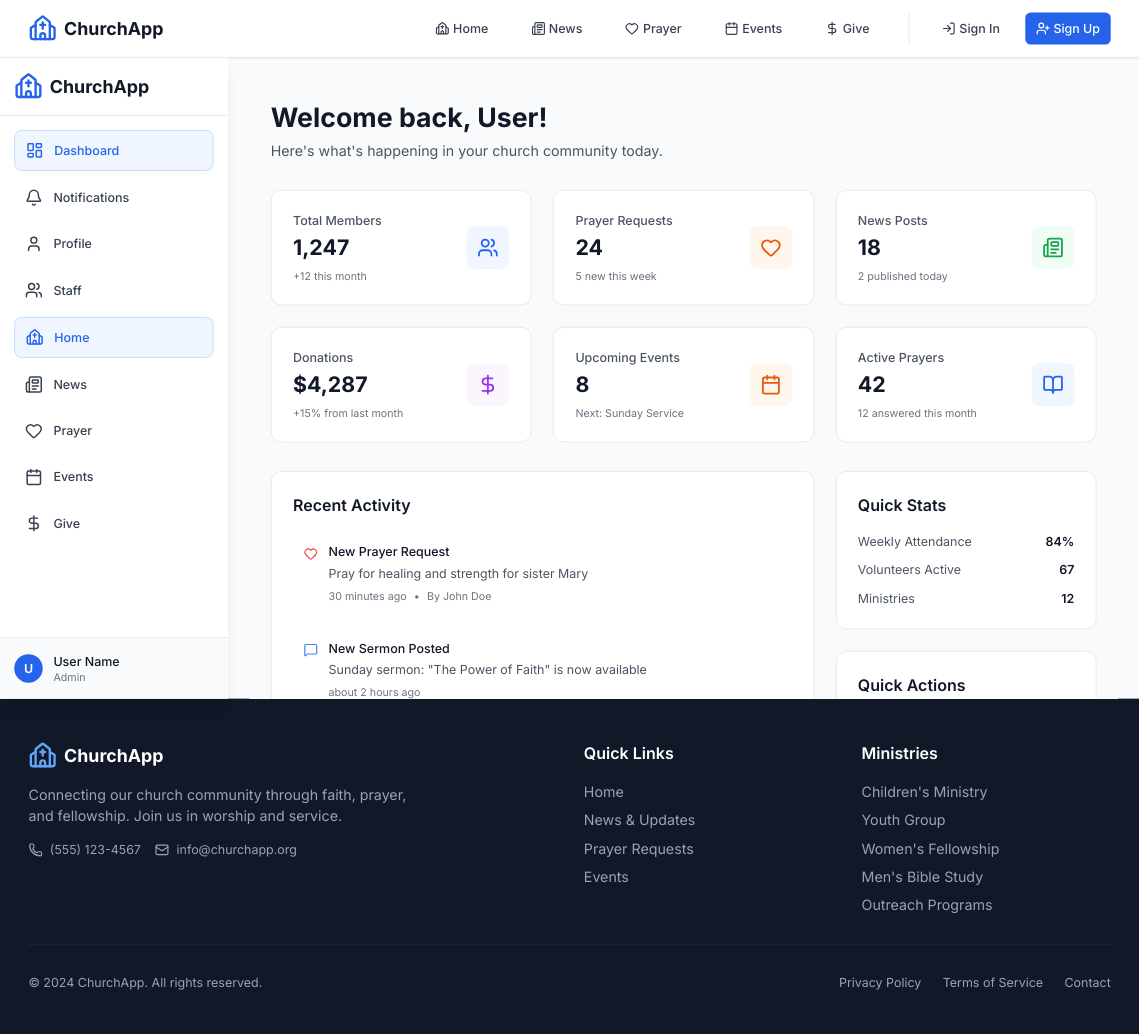
Repository: shalomspage/church-frontend
Page: /dashboard
The author's editor kept a copy of each file at every save. The page is drawn from the files as they stood at one save, then again after the next save.
The browser window is 1280 px wide. The pictures show the whole page, at 89% of full size.
The page's requests for data from a server got no answer. An inner scrolling area shows only its first screen. The project was rebuilt for these pictures with package versions that can differ from the ones it lists, and the page was loaded fresh each time. The framework's server and built-in components were replaced by stand-ins that run in the browser. No one was signed in, and anything a server would have sent is missing. Also part of the build but not shown: next.config.js, next.config.ts.

Above is the page before, as saved 2025-10-11 17:38:30.

### src/app/layout.tsx
import type { Metadata } from 'next'
import { Inter } from 'next/font/google'
import './globals.css'
import { ReduxProvider } from '@/redux/provider'

import Footer from '@/components/common/Footer'
import Navbar from '@/components/common/Navbar'

const inter = Inter({ subsets: ['latin'] })

export const metadata: Metadata = {
  title: 'Church Management System',
  description: 'Church workers and member management system',
}

export default function RootLayout({
  children,
}: {
  children: React.ReactNode
}) {
  return (
    <html lang="en">
      <body className={inter.className}>
        <ReduxProvider>
          <div className="min-h-screen flex flex-col">
            <Navbar />
            <main className="flex-1">
              {children}
            </main>
            <Footer />
          </div>
        </ReduxProvider>
      </body>
    </html>
  )
}

### src/app/dashboard/layout.tsx
'use client'

import { useState } from 'react'
import DashboardSidebar from '@/components/dashboard/DashboardSidebar'

interface DashboardLayoutProps {
  children: React.ReactNode
}

export default function DashboardLayout({ children }: DashboardLayoutProps) {
  const [sidebarOpen, setSidebarOpen] = useState(false)

  return (
    <div className="flex h-screen bg-gray-50">
      {/* Sidebar */}
      <DashboardSidebar
        isOpen={sidebarOpen}
        onClose={() => setSidebarOpen(false)}
      />

      {/* Main Content */}
      <div className="flex-1 flex flex-col overflow-hidden">
        {/* Mobile header with hamburger menu */}
        <header className="lg:hidden bg-white shadow-sm border-b border-gray-200">
          <div className="flex items-center justify-between p-4">
            <button
              onClick={() => setSidebarOpen(true)}
              className="text-gray-500 hover:text-gray-600"
            >
              <svg className="h-6 w-6" fill="none" viewBox="0 0 24 24" stroke="currentColor">
                <path strokeLinecap="round" strokeLinejoin="round" strokeWidth={2} d="M4 6h16M4 12h16M4 18h16" />
              </svg>
            </button>
            <h1 className="text-lg font-semibold text-gray-900">Dashboard</h1>
            <div className="w-6"></div> {/* Spacer for balance */}
          </div>
        </header>

        {/* Page Content */}
        <main className="flex-1 overflow-auto p-4 lg:p-6">
          {children}
        </main>
      </div>
    </div>
  )
}

### src/app/dashboard/page.tsx
'use client'

import { useGetProfileQuery } from '@/services/authApi'
import StatsCard from '../../components/dashboard/StatsCard'
import RecentActivity from '../../components/dashboard/RecentActivity'
import { Users, Newspaper, DollarSign, Calendar, Heart, BookOpen } from 'lucide-react'

export default function DashboardPage() {
  const { data: userData } = useGetProfileQuery()

  // Get the user's display name
  const getUserDisplayName = () => {
    if (!userData) return 'User'

    const { firstName, lastName, username } = userData

    if (firstName && lastName) {
      return `${firstName} ${lastName}`
    } else if (firstName) {
      return firstName
    } else if (username) {
      return username
    }

    return 'User'
  }

  const stats = [
    {
      title: 'Total Members',
      value: '1,247',
      icon: Users,
      description: '+12 this month',
      color: 'blue' as const
    },
    {
      title: 'Prayer Requests',
      value: '24',
      icon: Heart,
      description: '5 new this week',
      color: 'red' as const
    },
    {
      title: 'News Posts',
      value: '18',
      icon: Newspaper,
      description: '2 published today',
      color: 'green' as const
    },
    {
      title: 'Donations',
      value: '$4,287',
      icon: DollarSign,
      description: '+15% from last month',
      color: 'purple' as const
    },
    {
      title: 'Upcoming Events',
      value: '8',
      icon: Calendar,
      description: 'Next: Sunday Service',
      color: 'orange' as const
    },
    {
      title: 'Active Prayers',
      value: '42',
      icon: BookOpen,
      description: '12 answered this month',
      color: 'blue' as const
    },
  ]

  return (
    <div className="min-h-screen bg-gray-50 p-6">
      <div className="max-w-7xl mx-auto">
        <div className="mb-8">
          <h1 className="text-3xl font-bold text-gray-900">
            Welcome back, {getUserDisplayName()}!
          </h1>
          <p className="text-gray-600 mt-2">
            Here&apos;s what&apos;s happening in your church community today.
          </p>
        </div>

        <div className="grid grid-cols-1 md:grid-cols-2 lg:grid-cols-3 gap-6 mb-8">
          {stats.map((stat, index) => (
            <StatsCard
              key={index}
              title={stat.title}
              value={stat.value}
              icon={stat.icon}
              description={stat.description}
              color={stat.color === 'red' ? 'orange' : stat.color}
            />
          ))}
        </div>

        <div className="grid grid-cols-1 lg:grid-cols-3 gap-6">
          <div className="lg:col-span-2">
            <RecentActivity />
          </div>

          <div className="space-y-6">
            <div className="bg-white rounded-xl border border-gray-200 p-6">
              <h3 className="text-lg font-semibold text-gray-900 mb-4">Quick Stats</h3>
              <div className="space-y-3">
                <div className="flex justify-between items-center">
                  <span className="text-sm text-gray-600">Weekly Attendance</span>
                  <span className="text-sm font-semibold text-gray-900">84%</span>
                </div>
                <div className="flex justify-between items-center">
                  <span className="text-sm text-gray-600">Volunteers Active</span>
                  <span className="text-sm font-semibold text-gray-900">67</span>
                </div>
                <div className="flex justify-between items-center">
                  <span className="text-sm text-gray-600">Ministries</span>
                  <span className="text-sm font-semibold text-gray-900">12</span>
                </div>
              </div>
            </div>

            <div className="bg-white rounded-xl border border-gray-200 p-6">
              <h3 className="text-lg font-semibold text-gray-900 mb-4">Quick Actions</h3>
              <div className="space-y-3">
                <button className="w-full text-left p-3 rounded-lg border border-gray-200 hover:bg-blue-50 hover:border-blue-200 transition-colors">
                  <div className="font-medium text-gray-900">Create New Post</div>
                  <div className="text-sm text-gray-600">Share church updates</div>
                </button>
                <button className="w-full text-left p-3 rounded-lg border border-gray-200 hover:bg-green-50 hover:border-green-200 transition-colors">
                  <div className="font-medium text-gray-900">Add Prayer Request</div>
                  <div className="text-sm text-gray-600">Request prayers</div>
                </button>
                <button className="w-full text-left p-3 rounded-lg border border-gray-200 hover:bg-purple-50 hover:border-purple-200 transition-colors">
                  <div className="font-medium text-gray-900">View Donations</div>
                  <div className="text-sm text-gray-600">Check giving reports</div>
                </button>
              </div>
            </div>
          </div>
        </div>
      </div>
    </div>
  )
}

### src/redux/provider.tsx
'use client'

import { store } from './store'
import { Provider } from 'react-redux'

export function ReduxProvider({ children }: { children: React.ReactNode }) {
  return <Provider store={store}>{children}</Provider>
}

### src/services/authApi.ts
import { createApi } from '@reduxjs/toolkit/query/react'
import { baseQuery } from '@/redux/baseQuery'
import { User, LoginCredentials, RegisterData } from '@/types'

interface LoginResponse {
  user: User
  token: string
}

export const authApi = createApi({
  reducerPath: 'authApi',
  baseQuery,
  tagTypes: ['Auth'],
  endpoints: (builder) => ({
    login: builder.mutation<LoginResponse, LoginCredentials>({
      query: (credentials) => ({
        url: '/auth/login',
        method: 'POST',
        body: credentials,
      }),
    }),
    register: builder.mutation<LoginResponse, RegisterData>({
      query: (userData) => ({
        url: '/auth/register',
        method: 'POST',
        body: userData,
      }),
    }),
    getProfile: builder.query<User, void>({
      query: () => '/auth/profile',
      providesTags: ['Auth'],
    }),
  }),
})

export const { useLoginMutation, useRegisterMutation, useGetProfileQuery } = authApi

### src/components/dashboard/StatsCard.tsx
import { LucideIcon } from 'lucide-react'

interface StatsCardProps {
  title: string
  value: string | number
  icon: LucideIcon
  description: string
  color: 'blue' | 'green' | 'purple' | 'orange' | 'red'
}

export default function StatsCard({ title, value, icon: Icon, description, color }: StatsCardProps) {
  const colorClasses = {
    blue: 'bg-blue-50 text-blue-600 border-blue-200',
    green: 'bg-green-50 text-green-600 border-green-200',
    purple: 'bg-purple-50 text-purple-600 border-purple-200',
    orange: 'bg-orange-50 text-orange-600 border-orange-200',
    red: 'bg-red-50 text-red-600 border-red-200',
  }

  return (
    <div className="bg-white rounded-xl border border-gray-200 p-6 hover:shadow-lg transition-shadow">
      <div className="flex items-center justify-between">
        <div>
          <p className="text-sm font-medium text-gray-600">{title}</p>
          <p className="text-2xl font-bold text-gray-900 mt-1">{value}</p>
          <p className="text-xs text-gray-500 mt-2">{description}</p>
        </div>
        <div className={`p-3 rounded-lg ${colorClasses[color]}`}>
          <Icon size={24} />
        </div>
      </div>
    </div>
  )
}

### src/redux/store.ts
import { configureStore } from '@reduxjs/toolkit'
import { authApi } from '@/services/authApi'
import { newsApi } from '@/services/newsApi'
import { prayerApi } from '@/services/prayerApi'
import { donationsApi } from '@/services/donationsApi'
import authSlice from './slices/authSlice'

export const store = configureStore({
  reducer: {
    auth: authSlice,
    [authApi.reducerPath]: authApi.reducer,
    [newsApi.reducerPath]: newsApi.reducer,
    [prayerApi.reducerPath]: prayerApi.reducer,
    [donationsApi.reducerPath]: donationsApi.reducer,
  },
  middleware: (getDefaultMiddleware) =>
    getDefaultMiddleware()
      .concat(authApi.middleware)
      .concat(newsApi.middleware)
      .concat(prayerApi.middleware)
      .concat(donationsApi.middleware),
})

export type RootState = ReturnType<typeof store.getState>
export type AppDispatch = typeof store.dispatch

### src/redux/slices/authSlice.ts
import { createSlice, PayloadAction } from '@reduxjs/toolkit'
import { User } from '@/types' // Import from your updated types

// ❌ REMOVE this local User interface
/*
interface User {
  id: string
  name: string
  email: string
  role: 'ADMIN' | 'MEMBER'
}
*/

interface AuthState {
  user: User | null
  token: string | null
  isAuthenticated: boolean
}

const initialState: AuthState = {
  user: null,
  token: null,
  isAuthenticated: false,
}

const authSlice = createSlice({
  name: 'auth',
  initialState,
  reducers: {
    setCredentials: (state, action: PayloadAction<{ user: User; token: string }>) => {
      state.user = action.payload.user
      state.token = action.payload.token
      state.isAuthenticated = true

      // Store token in localStorage (client-side only)
      if (typeof window !== 'undefined') {
        localStorage.setItem('token', action.payload.token)
      }
    },
    logout: (state) => {
      state.user = null
      state.token = null
      state.isAuthenticated = false

      // Remove token from localStorage (client-side only)
      if (typeof window !== 'undefined') {
        localStorage.removeItem('token')
      }
    },
    updateUser: (state, action: PayloadAction<Partial<User>>) => {
      if (state.user) {
        state.user = { ...state.user, ...action.payload }
      }
    },
  },
})

export const { setCredentials, logout, updateUser } = authSlice.actions
export default authSlice.reducer

### src/redux/baseQuery.ts
import { fetchBaseQuery } from '@reduxjs/toolkit/query/react'

export const baseQuery = fetchBaseQuery({
  baseUrl: process.env.NEXT_PUBLIC_API_URL || 'http://localhost:3001/api',
  prepareHeaders: (headers) => {
    // Only run in client environment
    if (typeof window !== 'undefined') {
      const token = localStorage.getItem('token')
      if (token) {
        headers.set('authorization', `Bearer ${token}`)
      }
    }
    return headers
  },
})

### src/services/newsApi.ts
import { createApi } from '@reduxjs/toolkit/query/react'
import { baseQuery } from '@/redux/baseQuery'
import { Post, CreatePostData } from '@/types'

interface PostsResponse {
  posts: Post[]
  total: number
  page: number
  limit: number
}

interface PostsQueryParams {
  page?: number
  limit?: number
  category?: string
  featured?: boolean
}

export const newsApi = createApi({
  reducerPath: 'newsApi',
  baseQuery,
  tagTypes: ['Post'],
  endpoints: (builder) => ({
    getPosts: builder.query<PostsResponse, PostsQueryParams | undefined>({
      query: (params) => ({
        url: '/posts/list',
        params: params || {},
      }),
      providesTags: ['Post'],
    }),
    getPostBySlug: builder.query<Post, string>({
      query: (slug) => `/posts/slug/${slug}`,
      providesTags: ['Post'],
    }),
    createPost: builder.mutation<Post, CreatePostData>({
      query: (postData) => ({
        url: '/posts/create',
        method: 'POST',
        body: postData,
      }),
      invalidatesTags: ['Post'],
    }),
  }),
})

export const { useGetPostsQuery, useGetPostBySlugQuery, useCreatePostMutation } = newsApi

### src/services/donationsApi.ts
import { createApi } from '@reduxjs/toolkit/query/react'
import { baseQuery } from '@/redux/baseQuery'
import { Donation, DonationCampaign, CreateDonationData } from '@/types'

interface DonationsResponse {
  donations: Donation[]
  total: number
}

interface CampaignsResponse {
  campaigns: DonationCampaign[]
}

export const donationsApi = createApi({
  reducerPath: 'donationsApi',
  baseQuery,
  tagTypes: ['Donation'],
  endpoints: (builder) => ({
    getCampaigns: builder.query<CampaignsResponse, void>({
      query: () => '/donations/campaigns',
      providesTags: ['Donation'],
    }),
    makeDonation: builder.mutation<Donation, CreateDonationData>({
      query: (donation) => ({
        url: '/donations/give',
        method: 'POST',
        body: donation,
      }),
      invalidatesTags: ['Donation'],
    }),
    getMyDonations: builder.query<DonationsResponse, void>({
      query: () => '/donations/my-donations',
      providesTags: ['Donation'],
    }),
  }),
})

export const {
  useGetCampaignsQuery,
  useMakeDonationMutation,
  useGetMyDonationsQuery
} = donationsApi

Loaded but not shown: src/app/globals.css (common file); tailwind.config.js (21 lines, source omitted); src/components/common/Navbar.tsx (292 lines, source omitted); src/components/dashboard/DashboardSidebar.tsx (126 lines, source omitted); src/components/common/Footer.tsx (87 lines, source omitted); src/components/dashboard/RecentActivity.tsx (86 lines, source omitted); src/services/prayerApi.ts (78 lines, source omitted)

After the next save:
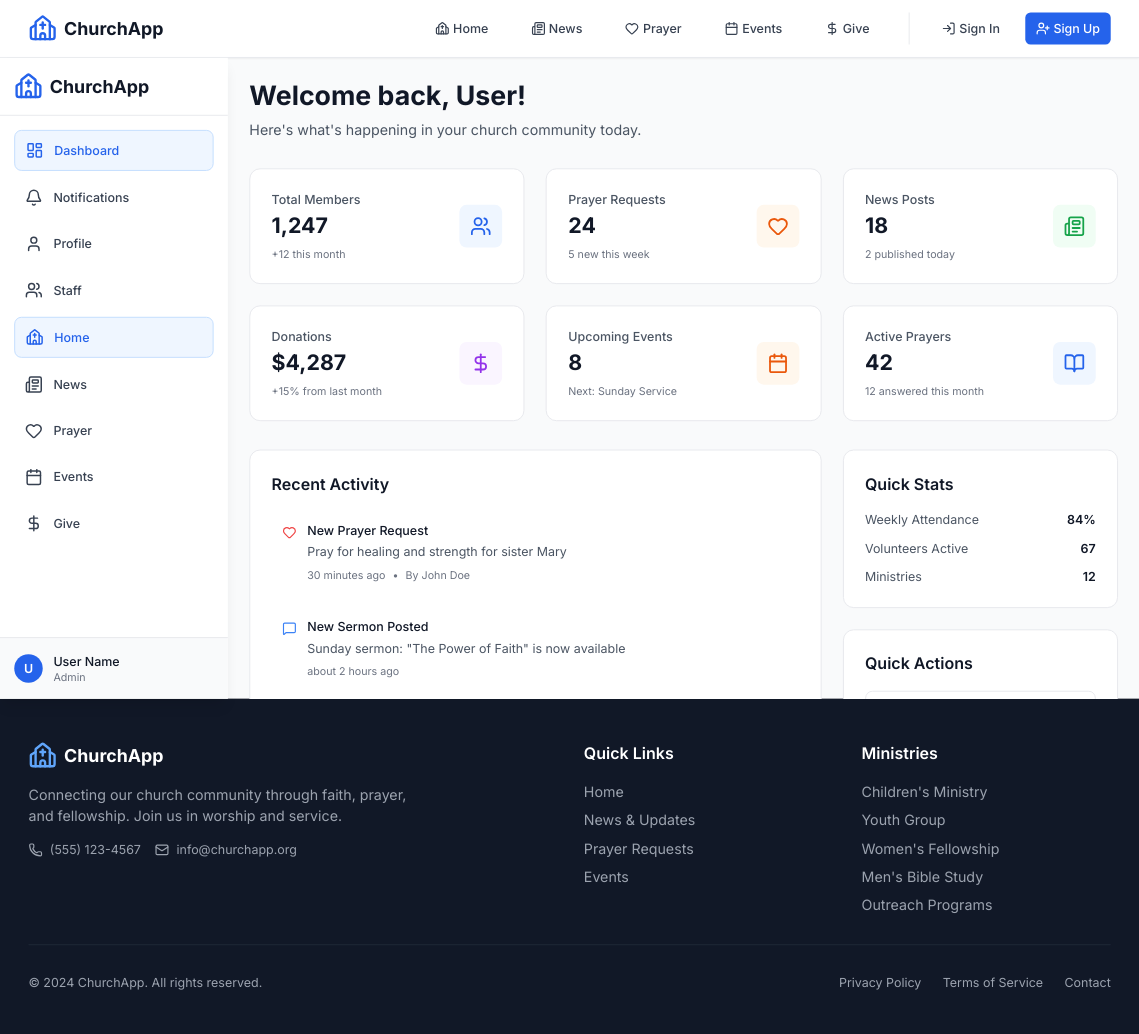
Saved 71 s later.
--- a/src/app/dashboard/page.tsx
+++ b/src/app/dashboard/page.tsx
@@ -1,8 +1,8 @@
 'use client'
 
 import { useGetProfileQuery } from '@/services/authApi'
-import StatsCard from '../../components/dashboard/StatsCard'
-import RecentActivity from '../../components/dashboard/RecentActivity'
+import StatsCard from '@/components/dashboard/StatsCard'
+import RecentActivity from '@/components/dashboard/RecentActivity'
 import { Users, Newspaper, DollarSign, Calendar, Heart, BookOpen } from 'lucide-react'
 
 export default function DashboardPage() {
@@ -71,70 +71,68 @@ export default function DashboardPage() {
   ]
 
   return (
-    <div className="min-h-screen bg-gray-50 p-6">
-      <div className="max-w-7xl mx-auto">
-        <div className="mb-8">
-          <h1 className="text-3xl font-bold text-gray-900">
-            Welcome back, {getUserDisplayName()}!
-          </h1>
-          <p className="text-gray-600 mt-2">
-            Here&apos;s what&apos;s happening in your church community today.
-          </p>
+    <div className="min-h-full">
+      <div className="mb-8">
+        <h1 className="text-3xl font-bold text-gray-900">
+          Welcome back, {getUserDisplayName()}!
+        </h1>
+        <p className="text-gray-600 mt-2">
+          Here&apos;s what&apos;s happening in your church community today.
+        </p>
+      </div>
+
+      <div className="grid grid-cols-1 md:grid-cols-2 lg:grid-cols-3 gap-6 mb-8">
+        {stats.map((stat, index) => (
+          <StatsCard
+            key={index}
+            title={stat.title}
+            value={stat.value}
+            icon={stat.icon}
+            description={stat.description}
+            color={stat.color === 'red' ? 'orange' : stat.color}
+          />
+        ))}
+      </div>
+
+      <div className="grid grid-cols-1 lg:grid-cols-3 gap-6">
+        <div className="lg:col-span-2">
+          <RecentActivity />
         </div>
 
-        <div className="grid grid-cols-1 md:grid-cols-2 lg:grid-cols-3 gap-6 mb-8">
-          {stats.map((stat, index) => (
-            <StatsCard
-              key={index}
-              title={stat.title}
-              value={stat.value}
-              icon={stat.icon}
-              description={stat.description}
-              color={stat.color === 'red' ? 'orange' : stat.color}
-            />
-          ))}
-        </div>
-
-        <div className="grid grid-cols-1 lg:grid-cols-3 gap-6">
-          <div className="lg:col-span-2">
-            <RecentActivity />
+        <div className="space-y-6">
+          <div className="bg-white rounded-xl border border-gray-200 p-6">
+            <h3 className="text-lg font-semibold text-gray-900 mb-4">Quick Stats</h3>
+            <div className="space-y-3">
+              <div className="flex justify-between items-center">
+                <span className="text-sm text-gray-600">Weekly Attendance</span>
+                <span className="text-sm font-semibold text-gray-900">84%</span>
+              </div>
+              <div className="flex justify-between items-center">
+                <span className="text-sm text-gray-600">Volunteers Active</span>
+                <span className="text-sm font-semibold text-gray-900">67</span>
+              </div>
+              <div className="flex justify-between items-center">
+                <span className="text-sm text-gray-600">Ministries</span>
+                <span className="text-sm font-semibold text-gray-900">12</span>
+              </div>
+            </div>
           </div>
 
-          <div className="space-y-6">
-            <div className="bg-white rounded-xl border border-gray-200 p-6">
-              <h3 className="text-lg font-semibold text-gray-900 mb-4">Quick Stats</h3>
-              <div className="space-y-3">
-                <div className="flex justify-between items-center">
-                  <span className="text-sm text-gray-600">Weekly Attendance</span>
-                  <span className="text-sm font-semibold text-gray-900">84%</span>
-                </div>
-                <div className="flex justify-between items-center">
-                  <span className="text-sm text-gray-600">Volunteers Active</span>
-                  <span className="text-sm font-semibold text-gray-900">67</span>
-                </div>
-                <div className="flex justify-between items-center">
-                  <span className="text-sm text-gray-600">Ministries</span>
-                  <span className="text-sm font-semibold text-gray-900">12</span>
-                </div>
-              </div>
-            </div>
-
-            <div className="bg-white rounded-xl border border-gray-200 p-6">
-              <h3 className="text-lg font-semibold text-gray-900 mb-4">Quick Actions</h3>
-              <div className="space-y-3">
-                <button className="w-full text-left p-3 rounded-lg border border-gray-200 hover:bg-blue-50 hover:border-blue-200 transition-colors">
-                  <div className="font-medium text-gray-900">Create New Post</div>
-                  <div className="text-sm text-gray-600">Share church updates</div>
-                </button>
-                <button className="w-full text-left p-3 rounded-lg border border-gray-200 hover:bg-green-50 hover:border-green-200 transition-colors">
-                  <div className="font-medium text-gray-900">Add Prayer Request</div>
-                  <div className="text-sm text-gray-600">Request prayers</div>
-                </button>
-                <button className="w-full text-left p-3 rounded-lg border border-gray-200 hover:bg-purple-50 hover:border-purple-200 transition-colors">
-                  <div className="font-medium text-gray-900">View Donations</div>
-                  <div className="text-sm text-gray-600">Check giving reports</div>
-                </button>
-              </div>
+          <div className="bg-white rounded-xl border border-gray-200 p-6">
+            <h3 className="text-lg font-semibold text-gray-900 mb-4">Quick Actions</h3>
+            <div className="space-y-3">
+              <button className="w-full text-left p-3 rounded-lg border border-gray-200 hover:bg-blue-50 hover:border-blue-200 transition-colors">
+                <div className="font-medium text-gray-900">Create New Post</div>
+                <div className="text-sm text-gray-600">Share church updates</div>
+              </button>
+              <button className="w-full text-left p-3 rounded-lg border border-gray-200 hover:bg-green-50 hover:border-green-200 transition-colors">
+                <div className="font-medium text-gray-900">Add Prayer Request</div>
+                <div className="text-sm text-gray-600">Request prayers</div>
+              </button>
+              <button className="w-full text-left p-3 rounded-lg border border-gray-200 hover:bg-purple-50 hover:border-purple-200 transition-colors">
+                <div className="font-medium text-gray-900">View Donations</div>
+                <div className="text-sm text-gray-600">Check giving reports</div>
+              </button>
             </div>
           </div>
         </div>
